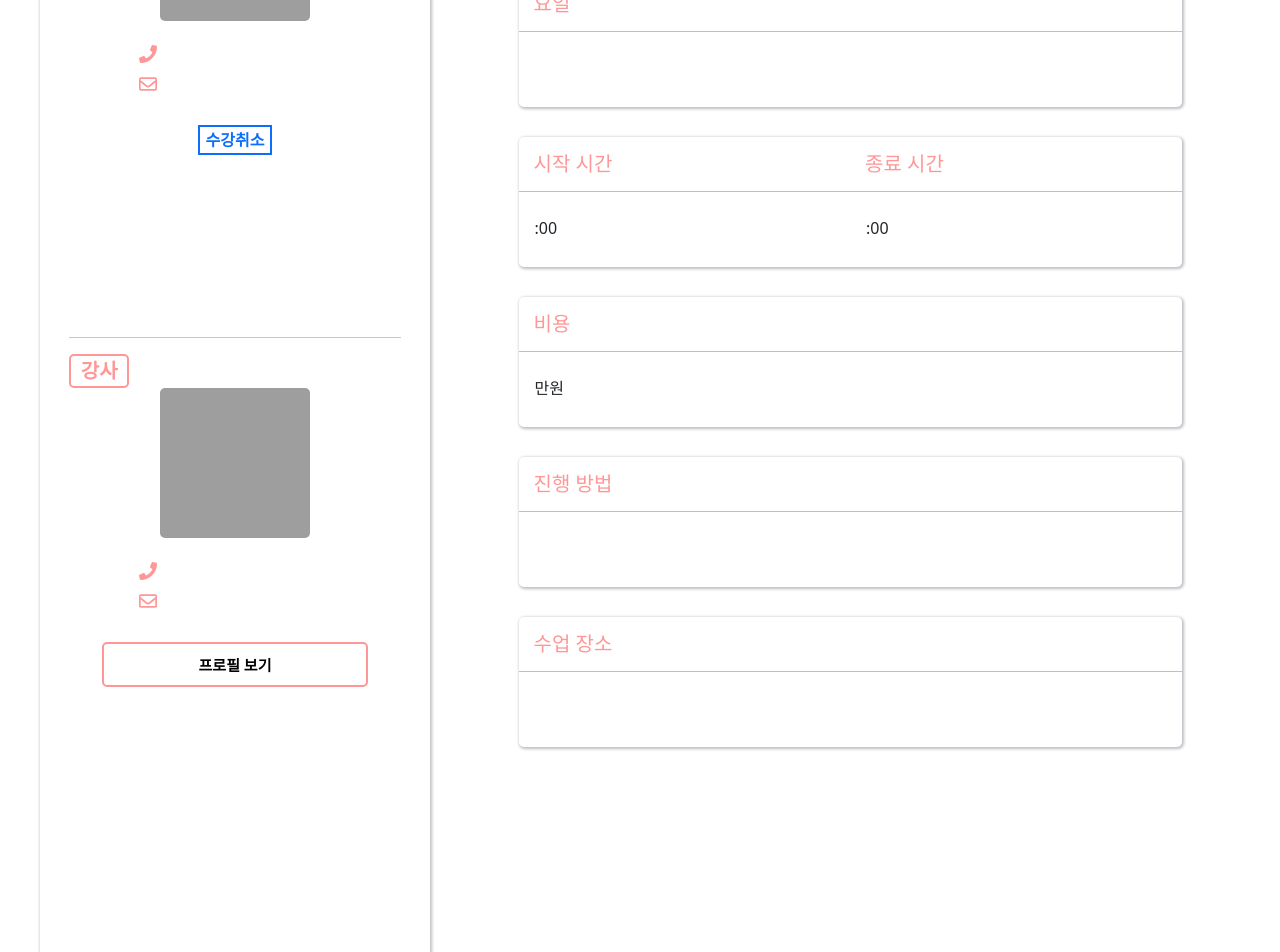
Repository: isssson/MVC2_more
Page: http://localhost/more/WEB-INF/views/document/documentContent.jsp
These files come from the project's save history. The page is drawn as it stood at one moment and after the next save; the edit follows.
The browser window is 1280 px wide. The pictures show the part of the page from y = 683 to 1635 px (the page is 2460 px tall).
Pictures or frames that could not be fetched are drawn as grey boxes. Some web libraries are served in a nearby version. The page is served by Tomcat 9. Nobody is signed in. The template is opened directly, without the code that normally fills it, so the values that code supplies are empty.

Above is the page before, as saved 2021-12-09 06:32:27.

After the next save:
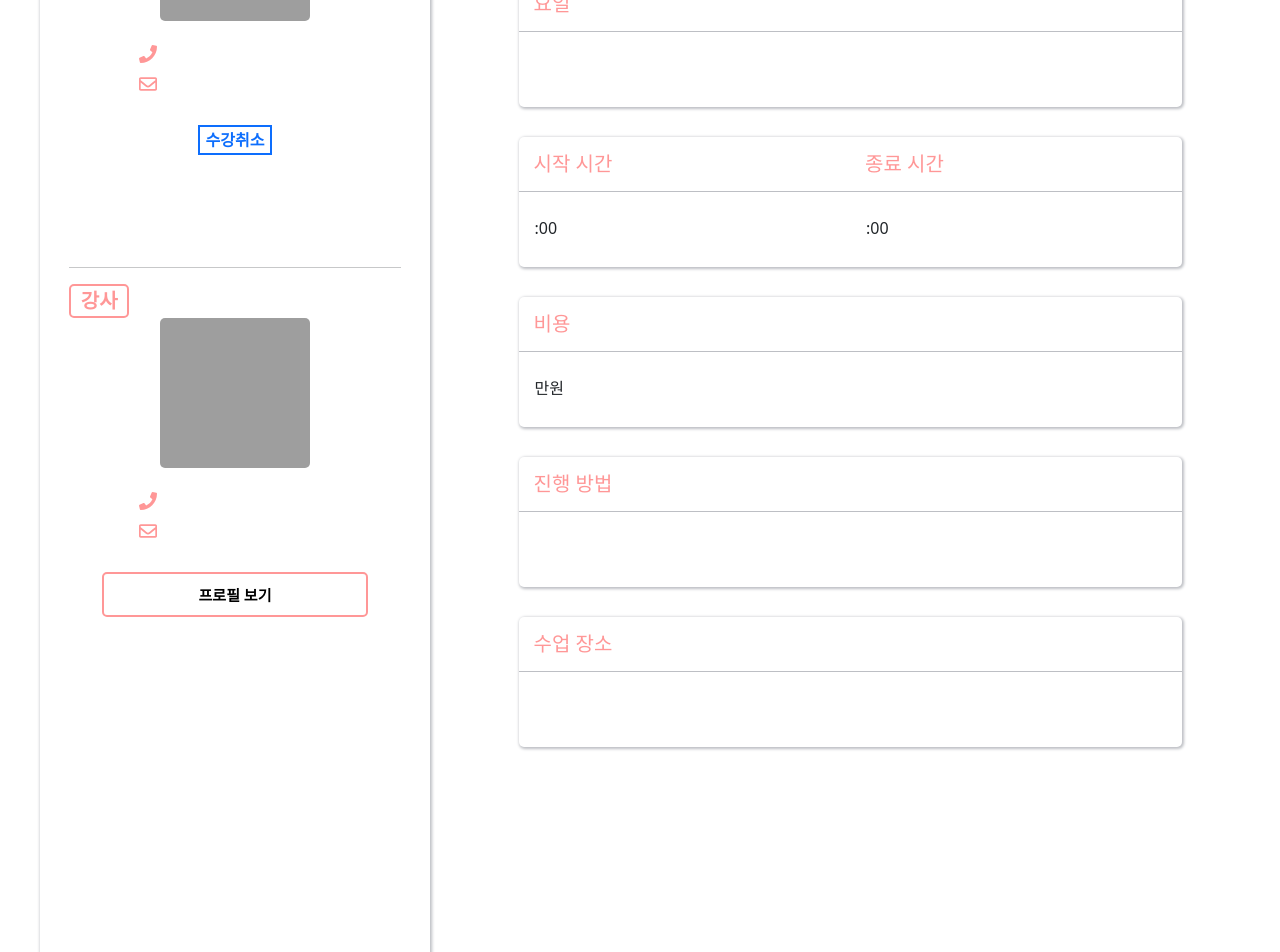
Saved 2 min 7 s later.
--- a/more/src/main/webapp/resources/css/document/document.css
+++ b/more/src/main/webapp/resources/css/document/document.css
@@ -159,7 +159,7 @@ button{
 
 .profile {
 	width: 100%;
-	height: 450px;
+	height: 380px;
 	text-align: center;
 }
 
